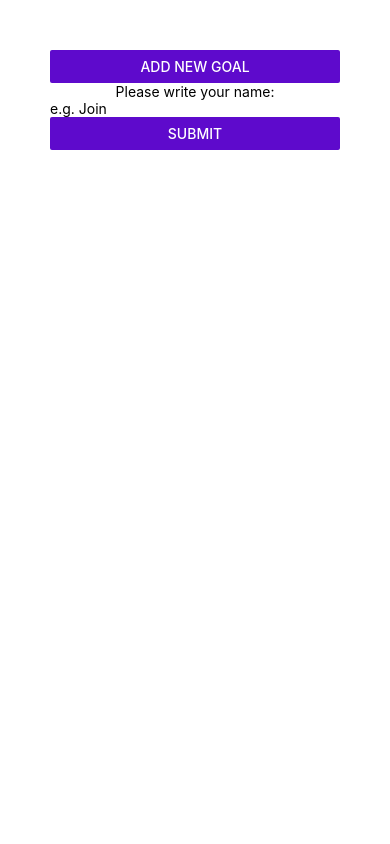
Repository: ntu34543/React-Native-Example1
Screen: /
The author's editor kept a copy of each file at every save. The screen is drawn from the files as they stood at one save, then again after a run of saves.
The app was drawn by React Native's web renderer in a window 390 px wide. The project was rebuilt for these pictures with package versions that can differ from the ones it lists, and the page was loaded fresh each time. Also part of the build but not shown: components/Goalltem.js.

Above is the screen before, as saved 2022-09-12 15:36:57.

### App.js
import { useState } from "react";
import {
  StyleSheet,
  View,
  FlatList,
  Button,
  Text,
  Linking,
  TextInput,
} from "react-native";
import { StatusBar } from "expo-status-bar";

import GoalItem from "./components/Goalltem";
import GoalInput from "./components/Goallnput";

export default function App() {
  const [modalIsVisible, setModalIsVisible] = useState(false);
  const [courseGoals, setCourseGoals] = useState([]);
  const [name, setName] = useState("");
  const [submitted, setSubmitted] = useState(false);
  // console.log(courseGoals);
  const onPressHandler = () => {
    setSubmitted(!submitted);
  };

  function startAddGoalHandler() {
    setModalIsVisible(true);
  }

  function endAddGoalHandler() {
    setModalIsVisible(false);
  }

  function addTextInput(enteredGoalText) {
    setCourseGoals((currentCourseGoals) => [
      ...currentCourseGoals,
      { text: enteredGoalText, id: Math.random().toString() },
    ]);
    endAddGoalHandler();
  }

  function deleteGoalHandler(id) {
    setCourseGoals((currentCourseGoals) => {
      return currentCourseGoals.filter((goal) => goal.id !== id);
    });
  }

  return (
    <>
      <StatusBar style="auto" />
      <View style={styles.container}>
        <Button
          title="Add new Goal"
          color="#5e0acc"
          onPress={startAddGoalHandler}
        />
        <Text style={styles.text}>Please write your name:</Text>
        <TextInput
          style={styles.input}
          placeholder="e.g. Join"
          onChangeText={(value) => setName(value)}
        />
        <Button
          title="Submit"
          color="#5e0acc"
          onPress={onPressHandler}
          // onPress={() => {
          //   Linking.openURL(
          //     "https://ca.slack-edge.com/T324R7VB6-U03RS7EKJHG-323b9d1b6216-512"
          //   );
          // }}
        />
        {submitted ? <Text>You are registered as {name}</Text> : null}
        <GoalInput
          visible={modalIsVisible}
          onAddGoal={addTextInput}
          onCancer={endAddGoalHandler}
        />
        <View style={styles.goalsContainer}>
          <FlatList
            data={courseGoals}
            style={styles.goalsContainer}
            renderItem={(itemData) => {
              return (
                <GoalItem
                  text={itemData.item.text}
                  id={itemData.item.id}
                  onDeleteItem={deleteGoalHandler}
                />
              );
            }}
            keyExtractor={(item, index) => {
              return index.id;
            }}
            alwaysBounceVertical={false}
          />
        </View>
      </View>
    </>
  );
}

const styles = StyleSheet.create({
  container: {
    padding: 50,
  },
  goalsContainer: {
    // flex: 4,
  },
  text: {
    textAlign: "center",
  },
  input: {

  }
});

### components/Goallnput.js
import { useState } from "react";
import { StyleSheet, View, TextInput, Button, Modal, Image } from "react-native";
function GoalInput(props) {
  const [enteredGoalText, setEnteredGoalText] = useState("");

  function textInput(enteredText) {
    setEnteredGoalText(enteredText);
    // console.log(enteredText);
  }

  function addGoalHandler() {
    props.onAddGoal(enteredGoalText);
    setEnteredGoalText("");
  }

  return (
    <Modal visible={props.visible} animationType="slide">
      <View style={styles.inputContainer}>
          <Image style={styles.image} source={require('../assets/favicon.png')} />
        <TextInput
          style={styles.textInput}
          placeholder="Email............"
          onChangeText={textInput}
          value={enteredGoalText}
        />
        <View style={styles.buttonContainer}>
          <View style={styles.button}>
            <Button title="Click!" onPress={addGoalHandler} />
          </View>
          <View style={styles.button}>
            <Button title="Cancer!" onPress={props.onCancer}/>
          </View>
        </View>
      </View>
    </Modal>
  );
}

export default GoalInput;

const styles = StyleSheet.create({
  inputContainer: {
    flex: 1,
    justifyContent: "center",
    alignItems: "center",
    paddingBottom: 24,
    padding: 16,
    borderBottomWidth: 1,
    borderBottomColor: "gray",
    backgroundColor: 'pink'
  },
  image: {
      width: 100,
      height: 100,
      margin: 20,
  },
  textInput: {
    borderWidth: 1,
    borderColor: "#cccccc",
    width: "100%",
    padding: 8,
  },
  buttonContainer: {
      marginTop: 16,
    flexDirection: "row",
  },
  button: {
      width: '30%',
      marginHorizontal: 8,
  }
});

After the next 7 saves:
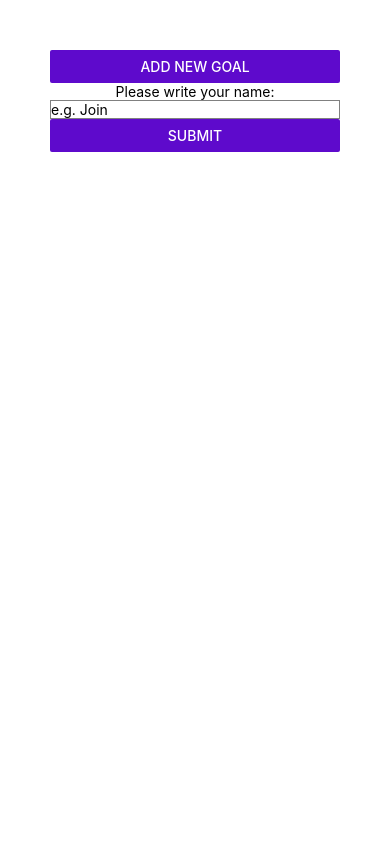
The 7 saves are shown as one change because 2 did not build or start and some came seconds apart.
The last was saved 31 s later.
--- a/App.js
+++ b/App.js
@@ -111,6 +111,7 @@ const styles = StyleSheet.create({
     textAlign: "center",
   },
   input: {
-
+    borderWidth: 1,
+    borderColor: 'grey',
   }
 });
